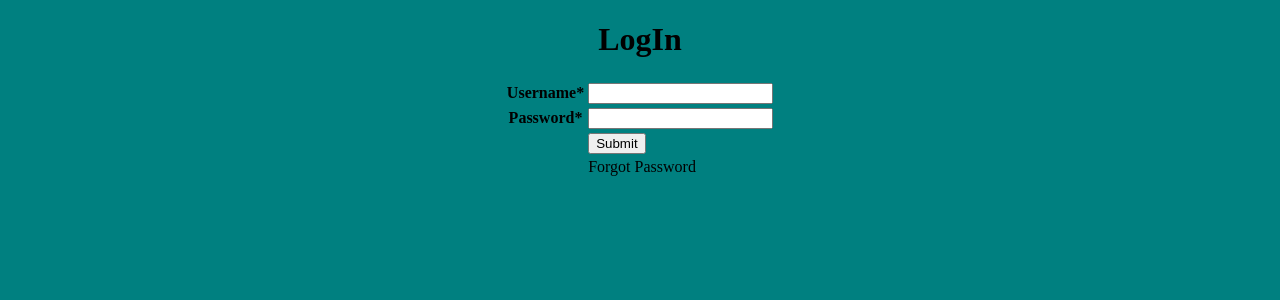
Repository: raviraj226/AdvanceJava
Page: http://localhost/Ravi_Maven/LoginWeb.jsp
The author's editor kept a copy of each file at every save. The page is drawn from the files as they stood at one save, then again after the next save.
The browser window is 1280 px wide. The pictures show the whole page.
The page is served by Tomcat 9.

Above is the page before, as saved 2022-03-15 10:41:36.

After the next save:
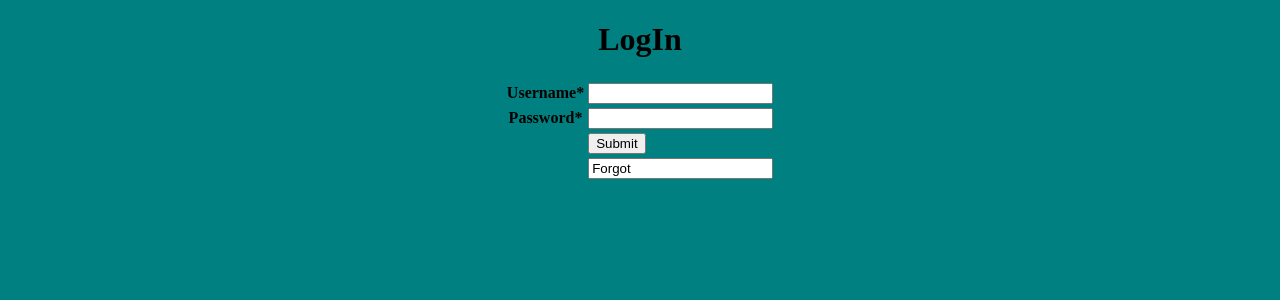
Saved 43 s later.
--- a/Advance Java/Ravi_Maven/src/main/webapp/LoginWeb.jsp
+++ b/Advance Java/Ravi_Maven/src/main/webapp/LoginWeb.jsp
@@ -32,7 +32,7 @@
 			</tr>
 			<tr>
 			<th></th>
-			<td>Forgot Password </td>
+			<td><input value=Forgot Password> </td>
 			</tr>
 		</table>
 	</form>
